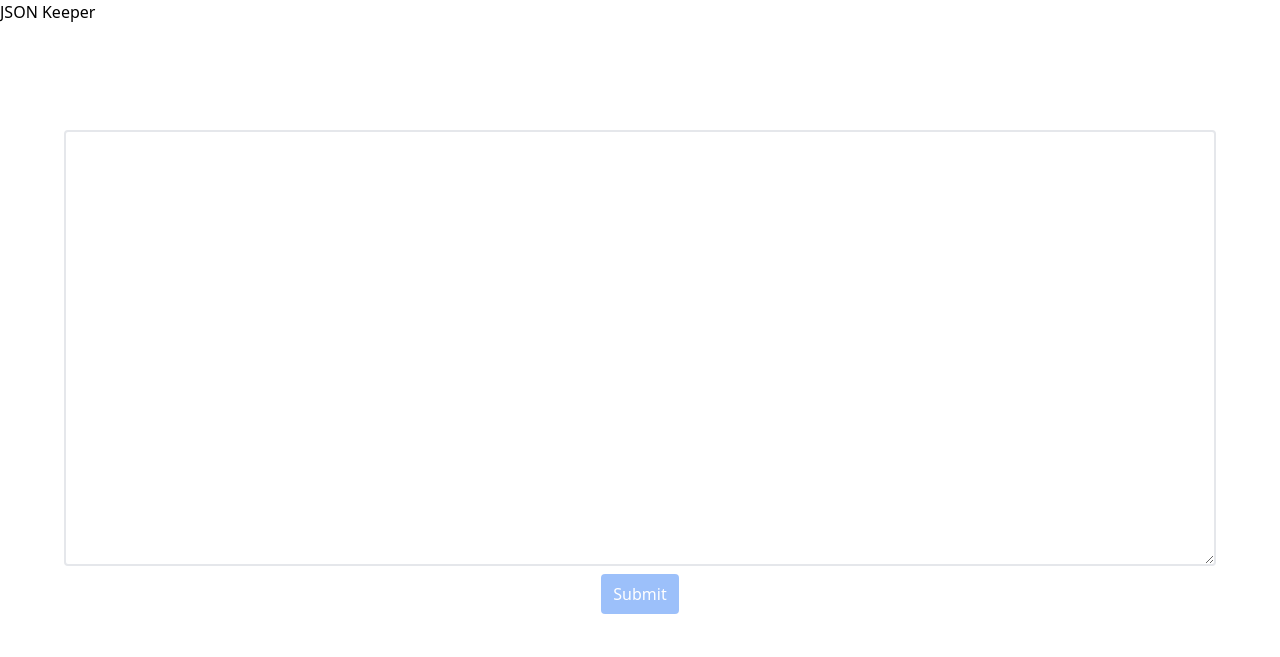
Repository: lakshithapramodya/jsonhub
Page: / (app in client/)
An editor plug-in stored every save of this project. The page is shown before and after the next save, followed by the edit.
The browser window is 1280 px wide. The pictures show the whole page.
The page's requests for data from a server got no answer. The project was rebuilt for these pictures with package versions that can differ from the ones it lists, and the page was loaded fresh each time. No one was signed in, and anything a server would have sent is missing. Also part of the build but not shown: client/src/HandleJsonData.js.

Above is the page before, as saved 2023-05-10 12:04:31.

### client/src/index.js
import React from "react";
import ReactDOM from "react-dom/client";
import "./index.css";
import App from "./App";
import { BrowserRouter, Route, Routes } from "react-router-dom";
import HandleJsonData from "./HandleJsonData";

const root = ReactDOM.createRoot(document.getElementById("root"));
root.render(
  <React.StrictMode>
    <BrowserRouter>
      <Routes>
        <Route path="/" element={<App />} />
        <Route path=":url" element={<HandleJsonData />} />
      </Routes>
    </BrowserRouter>
  </React.StrictMode>
);

### client/src/App.js
import { useState } from "react";
import { SERVER_ENDPOINT } from "./config/Default";
import axios from "axios";

function App() {
  const [input, setInput] = useState([]);
  const [url, setUrl] = useState("");

  const sendRequest = async () => {
    const res = await axios
      .post(`${SERVER_ENDPOINT}/api/json`, {
        text: input,
      })
      .then()
      .catch((err) => console.log(err));
    const data = res.data;
    return data;
  };

  const handleSubmit = (e) => {
    e.preventDefault();
    sendRequest().then((res) => {
      console.log(res.url);
      res && setInput([]);
      setUrl(res.url);
    });
  };

  function isJsonString(str) {
    try {
      JSON.parse(str);
    } catch (e) {
      return false;
    }
    return true;
  }

  return (
    <div className="min-w-full min-h-screen flex flex-col">
      {url && (
        <a href={`${SERVER_ENDPOINT}/${url}`}>{`${SERVER_ENDPOINT}/${url}`}</a>
      )}
      <h1>JSON Keeper</h1>
      <form
        onSubmit={handleSubmit}
        className="flex flex-col m-auto w-full items-center justify-center space-y-2"
      >
        <textarea
          onChange={(e) => setInput(e.target.value)}
          value={input}
          rows={18}
          className="border-2 w-[90%] rounded"
        />
        <button
          className="bg-blue-500 p-2 px-3 rounded text-white disabled:opacity-50"
          disabled={!isJsonString(input)}
          type="submit"
        >
          Submit
        </button>
      </form>
    </div>
  );
}

export default App;

### client/src/config/Default.js
export const SERVER_ENDPOINT =
  process.env.REACT_APP_SERVER_ENDPOINT || "http://localhost:5000";

Loaded but not shown: client/public/index.html (common file); client/src/index.css (common file); client/tailwind.config.js (common file)

After the next save:
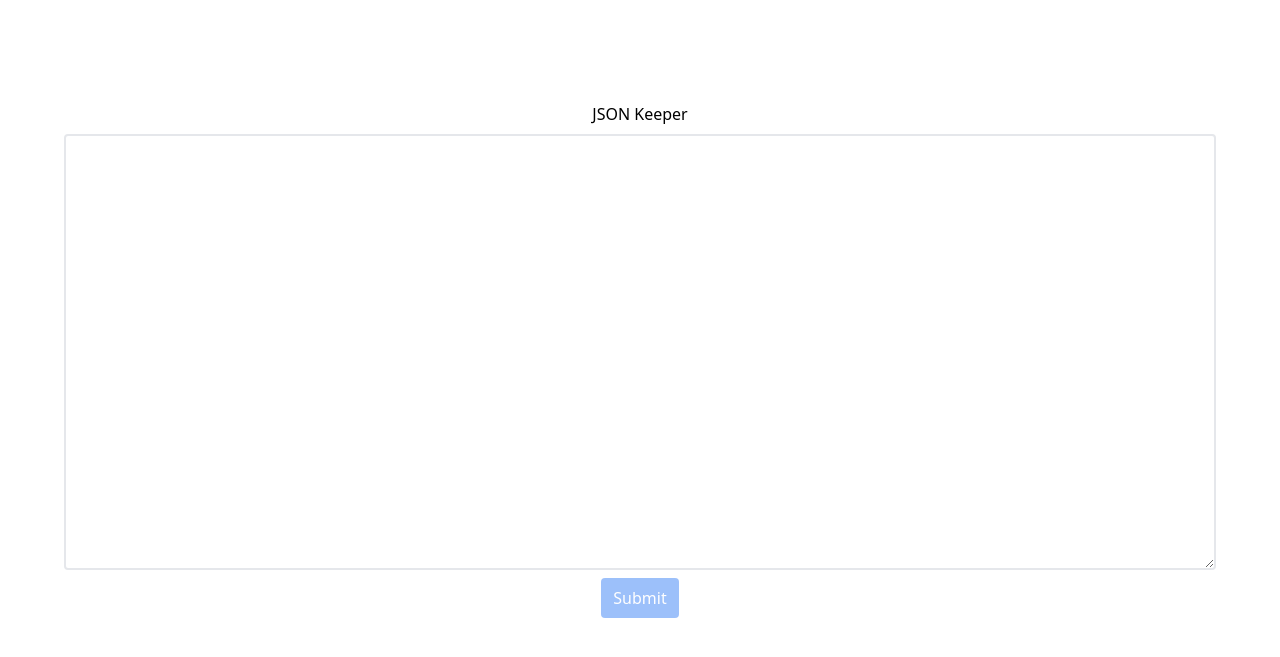
Saved 14 s later.
--- a/client/src/App.js
+++ b/client/src/App.js
@@ -40,11 +40,12 @@ function App() {
       {url && (
         <a href={`${SERVER_ENDPOINT}/${url}`}>{`${SERVER_ENDPOINT}/${url}`}</a>
       )}
-      <h1>JSON Keeper</h1>
+
       <form
         onSubmit={handleSubmit}
         className="flex flex-col m-auto w-full items-center justify-center space-y-2"
       >
+        <h1>JSON Keeper</h1>
         <textarea
           onChange={(e) => setInput(e.target.value)}
           value={input}
